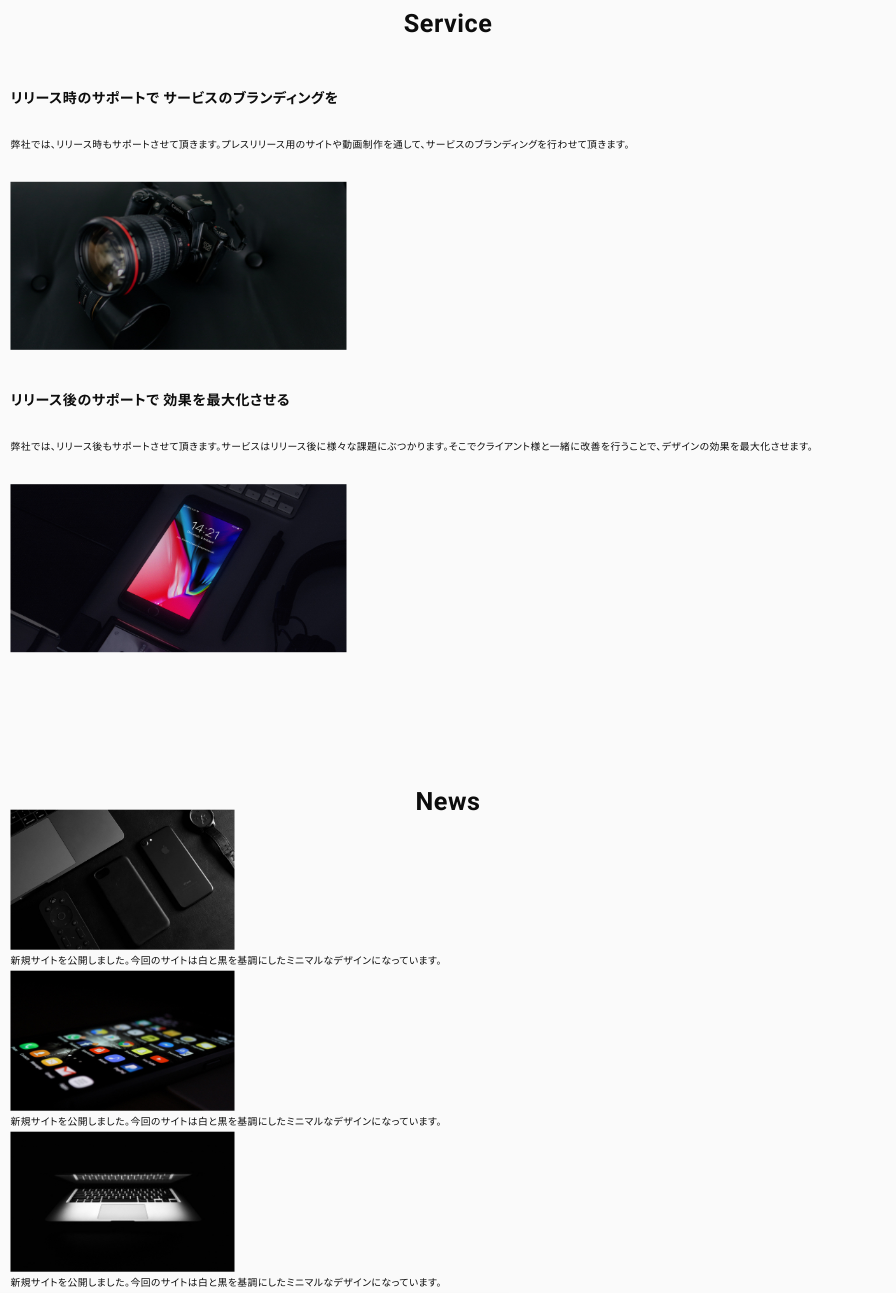
Repository: hatarakimono-kumasan/kurisuta_1st
Page: index.html
An editor plug-in stored every save of this project. The page is shown before and after the next save, followed by the edit.
The browser window is 1280 px wide. The pictures show the part of the page from y = 2584 to 4504 px (the page is 4431 px tall before and 4504 px after), at 70% of full size.
Some web libraries are served in a nearby version. The style sheet was rebuilt from its Sass, Less or Tailwind sources for each picture, by a compiler version that may differ from the author's.

Above is the page before, as saved 2020-05-15 09:07:27.

After the next save:
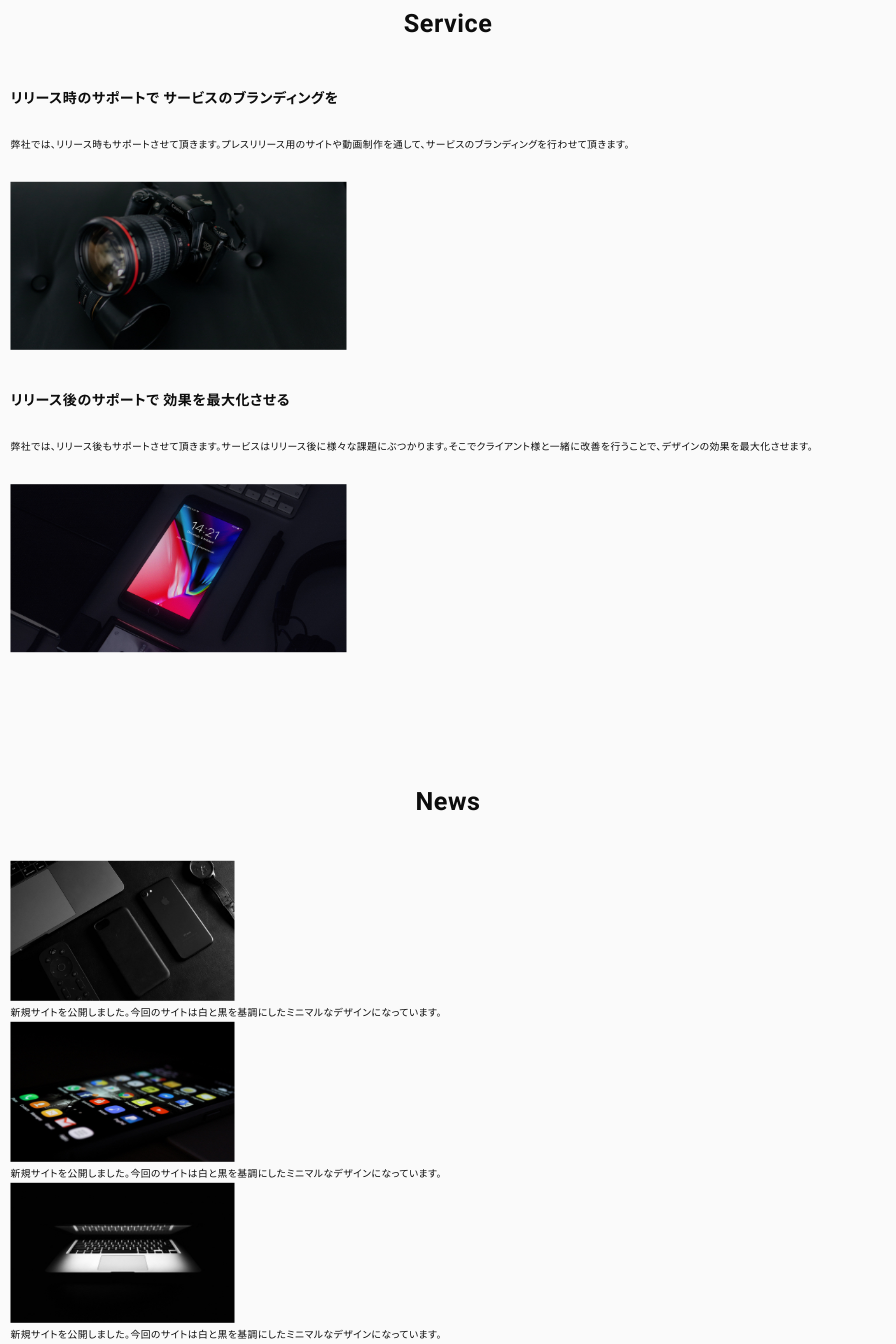
Saved 22 s later.
--- a/scss/layout/_main.scss
+++ b/scss/layout/_main.scss
@@ -34,7 +34,8 @@ main {
 	margin-bottom: 5rem;
 }
 .about,
-.service {
+.service,
+.news {
 	width: 100%;
 	margin-bottom: 15rem;
 	h2 {
@@ -48,8 +49,6 @@ main {
 /*=============================================
 about
 ===============================================*/
-.about {
-}
 
 /*=============================================
 service
@@ -59,3 +58,7 @@ service
 		margin: 4rem 0 5.1rem;
 	}
 }
+
+/*=============================================
+news
+===============================================*/
